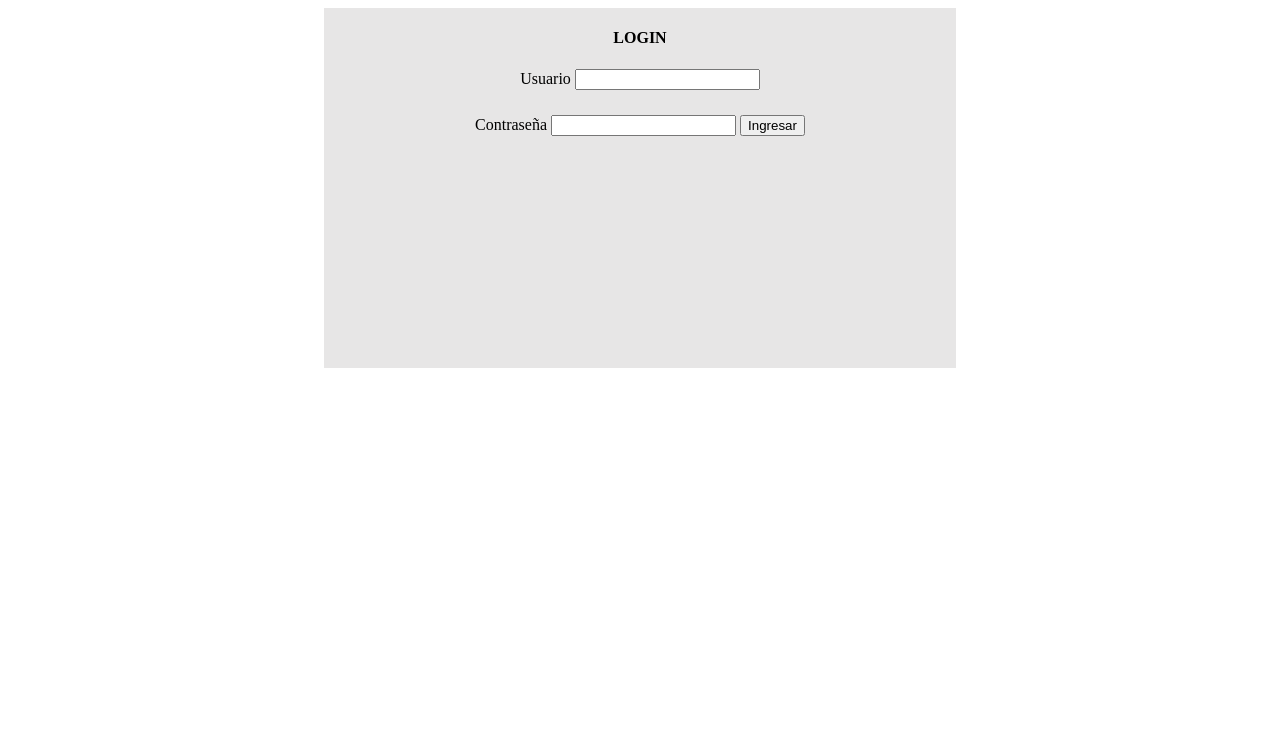
Repository: juanmondragonc/torre-project
Page: http://localhost/torre/login.jsp
These files come from the project's save history. The page is drawn as it stood at one moment and after the next save; the edit follows.
The browser window is 1280 px wide. The pictures show the whole page.
The page is served by Tomcat 9.

Above is the page before, as saved 2022-08-10 20:29:36.

After the next save:
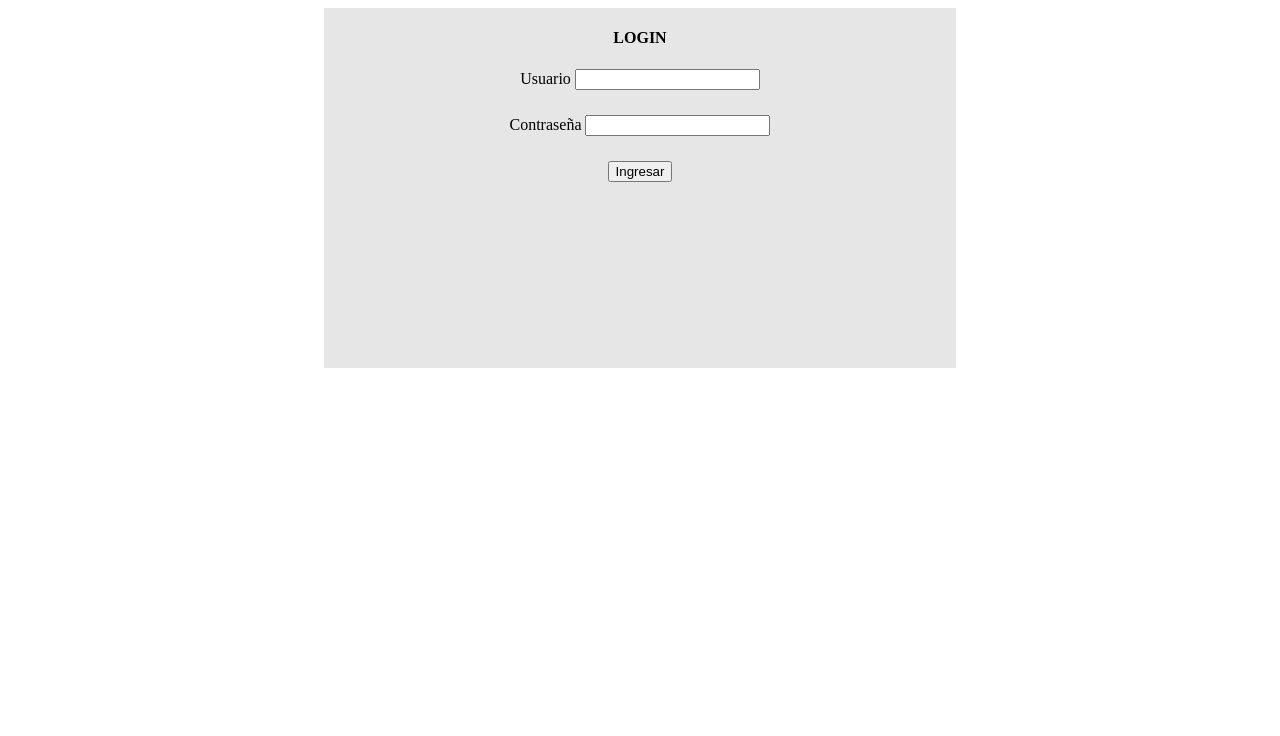
Saved 84 s later.
--- a/torre/src/main/webapp/login.jsp
+++ b/torre/src/main/webapp/login.jsp
@@ -16,9 +16,11 @@
 					<label for="username">Usuario</label>
 					<input id="username" name="username" type="text"/>
 				</div>
+				<div class="form-group">
+					<label for="password">Contraseña</label>
+					<input id="password" name="password" type="password"/>
+				</div>
 
-				<label for="password">Contraseña</label>
-				<input id="password" name="password" type="password"/>
 				<input type="submit" value="Ingresar"/>
 			</form>
 		</div>
